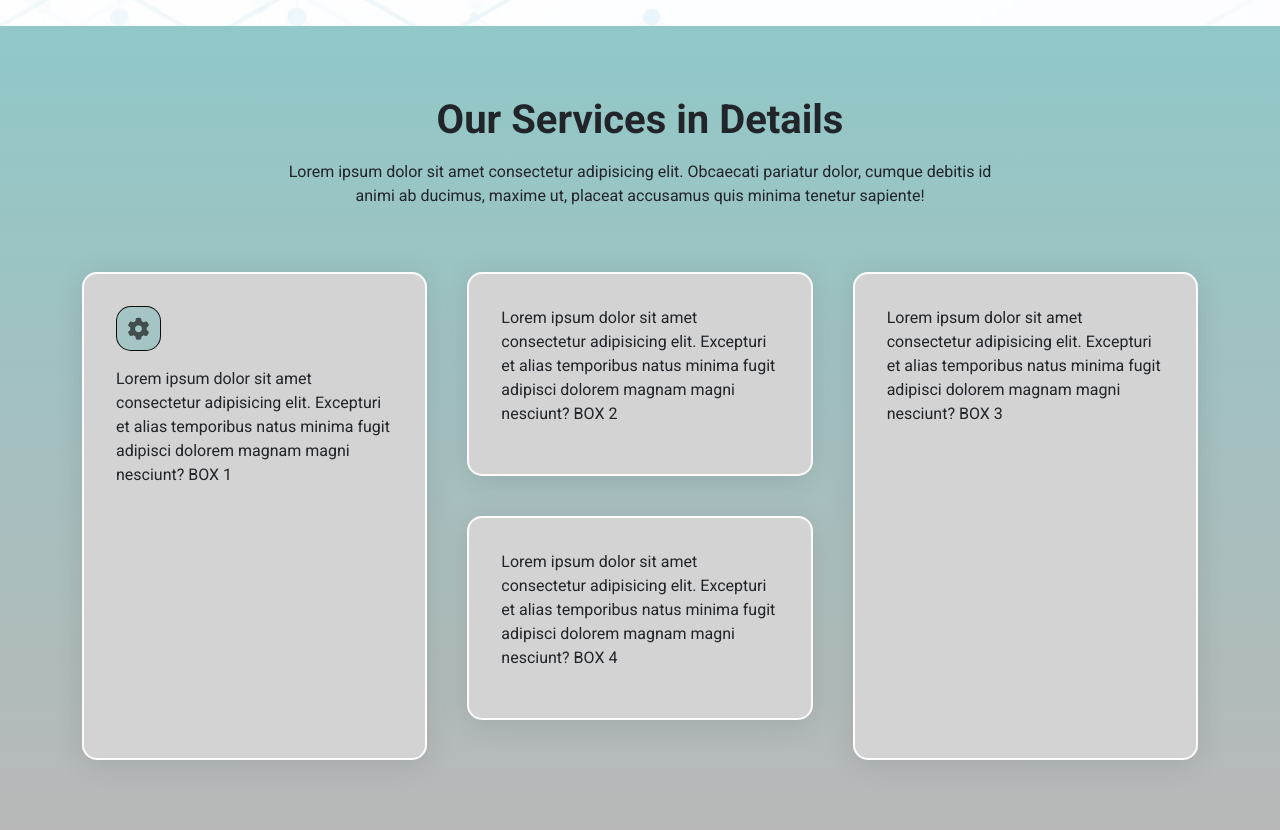
Repository: nazmulalok/landing-page-angelio
Page: index.html
The author's editor kept a copy of each file at every save. The page is drawn from the files as they stood at one save, then again after the next save.
The browser window is 1280 px wide. The pictures show the part of the page from y = 2036 to 2988 px (the page is 2866 px tall before and 2988 px after).
A picture or video elsewhere on the page could not be fetched, so the positions and the page height are approximate.

Above is the page before, as saved 2022-09-18 19:07:02.

### index.html
<!DOCTYPE html>
<html lang="en">

    <head>
        <meta charset="UTF-8">
        <meta http-equiv="X-UA-Compatible" content="IE=edge">
        <meta name="viewport" content="width=device-width, initial-scale=1.0">
        <title>Landing Page</title>
        <link rel="preconnect" href="https://fonts.googleapis.com">
        <link rel="preconnect" href="https://fonts.gstatic.com" crossorigin>
        <link rel="stylesheet" href="https://cdnjs.cloudflare.com/ajax/libs/font-awesome/6.2.0/css/all.min.css"
            integrity="sha512-xh6O/CkQoPOWDdYTDqeRdPCVd1SpvCA9XXcUnZS2FmJNp1coAFzvtCN9BmamE+4aHK8yyUHUSCcJHgXloTyT2A=="
            crossorigin="anonymous" referrerpolicy="no-referrer" />
        <link
            href="https://fonts.googleapis.com/css2?family=Roboto:ital,wght@0,300;0,400;0,500;0,700;0,900;1,300;1,400;1,500;1,700;1,900&display=swap"
            rel="stylesheet">
        <link href="https://cdn.jsdelivr.net/npm/bootstrap@5.2.0/dist/css/bootstrap.min.css" rel="stylesheet"
            integrity="sha384-gH2yIJqKdNHPEq0n4Mqa/HGKIhSkIHeL5AyhkYV8i59U5AR6csBvApHHNl/vI1Bx" crossorigin="anonymous">
        <link rel="stylesheet" href="style.css">
    </head>

    <body>
        <header>
            <nav>
                <div class="container">
                    <div class="row align-items-center">
                        <div class="col-lg-3">
                            <div class="logo">
                                <a href="/"><img src="images/angelio-logo.png" alt="Angelio Logo" width="250"
                                        height="66"></a>
                            </div>
                        </div>
                        <div class="col-lg-9 d-flex justify-content-end">
                            <ul>
                                <li><a href="/">Home</a></li>
                                <li><a href="/services.html">Services</a></li>
                                <li><a href="/about-us.html">About Us</a></li>
                                <li><a href="/contact.html">Contact</a></li>
                                <li class="nav-cta"><a href="tel:000-000-0000">Call Us</a></li>
                            </ul>
                        </div>
                    </div>
                </div>
            </nav>
        </header>
        <section class="sec-padding banner-sec">
            <div class="container">
                <div class="row align-items-center">
                    <div class="col-lg-7 order-lg-last">
                        <img src="images/angelio-digital-marketing.png" alt="">
                    </div>
                    <div class="col-lg-5">
                        <div class="large-heading">We Work in <span class="color-text">Digital</span> Way</div>
                        <p>Lorem, ipsum dolor sit amet consectetur adipisicing elit. Necessitatibus fuga alias deleniti
                            veniam at aspernatur.</p>
                        <div class="d-flex align-items-center mt-5"><a href="/contact-us" class="main-btn me-5">Get
                                Estimate</a>
                            <a href="/contact-us" class="play-btn"><i class="fas fa-play me-3"></i>Request Demo</a>
                        </div>
                    </div>
                </div>
            </div>
        </section>
        <section class="sec-padding">
            <div class="container">
                <div class="row justify-content-center">
                    <div class="col-md-8">
                        <div class="text-center">
                            <h1>
                                Our Best Digital Marketing Service
                            </h1>
                            <p>Lorem ipsum, dolor sit amet consectetur adipisicing elit. Placeat sunt
                                libero
                                tempore? Sed obcaecati a voluptate voluptates nam. Expedita, incidunt?</p>
                        </div>
                    </div>
                </div>
                <div class="row align-items-center mt-5">
                    <div class="col-lg-3">
                        <div class="service-box">
                            <div class="service-icon">
                                <img src="images/content-marketing.png" alt="Content Marketing">
                            </div>
                            <div class="service-content">
                                <a href="#">Content Marketing</a>
                                <p>Lorem ipsum dolor sit amet consectetur adipisicing elit. Fugiat, earum!</p>
                            </div>
                        </div>
                    </div>
                    <div class="col-lg-3">
                        <div class="service-box">
                            <div class="service-icon">
                                <img src="images/social-marketing.png" alt="Social Marketing">
                            </div>
                            <div class="service-content">
                                <a href="#">Social Marketing</a>
                                <p>Lorem ipsum dolor sit amet consectetur adipisicing elit. Fugiat, earum!</p>
                            </div>
                        </div>
                    </div>
                    <div class="col-lg-3">
                        <div class="service-box">
                            <div class="service-icon">
                                <img src="images/email-marketing.png" alt="Email Marketing">
                            </div>
                            <div class="service-content">
                                <a href="#">Email Marketing</a>
                                <p>Lorem ipsum dolor sit amet consectetur adipisicing elit. Fugiat, earum!</p>
                            </div>
                        </div>
                    </div>
                    <div class="col-lg-3">
                        <div class="service-box">
                            <div class="service-icon">
                                <img src="images/web-marketing.png" alt="Web Marketing">
                            </div>
                            <div class="service-content">
                                <a href="#">Web Marketing</a>
                                <p>Lorem ipsum dolor sit amet consectetur adipisicing elit. Fugiat, earum!</p>
                            </div>
                        </div>
                    </div>
                </div>
            </div>
        </section>
        <section class="sec-padding why-choose-sec">
            <div class="container">
                <div class="row align-items-center">
                    <div class="col-lg-6">
                        <div class="image-holder">
                            <img src="images/why-choose.jpg" alt="Why Choose Angelio">
                        </div>
                    </div>
                    <div class="col-lg-6">
                        <span class="arrow-text">Why Choose Us</span>
                        <h2>Why Working With <span class="color-text">ANGELIO</span>?</h2>
                        <p class="grey-color">Lorem ipsum dolor sit amet consectetur adipisicing elit. Quisquam
                            perspiciatis cupiditate atque ad labore laudantium ab hic, quaerat voluptas repellendus
                            aliquam. Maxime et recusandae nostrum cum labore, sint obcaecati doloremque.</p>
                        <div class="content-box d-flex align-items-center p-2 mb-3">
                            <img src="images/quality-lead.png" alt="Quality Lead">
                            <div class="ms-4">
                                <div class="content-heading">Quality Lead Generation</div>
                                <p class="grey-color mb-0">Lorem ipsum dolor sit amet consectetur adipisicing elit. Vel,
                                    distinctio
                                    delectus.
                                    Dicta distinctio obcaecati voluptatum.</p>
                            </div>
                        </div>
                        <div class="content-box d-flex align-items-center p-2 mb-3">
                            <img src="images/custom-web-design.png" alt="Custom Web Design">
                            <div class="ms-4">
                                <div class="content-heading">Custom Web Design</div>
                                <p class="grey-color mb-0">Lorem ipsum dolor sit amet consectetur adipisicing elit. Vel,
                                    distinctio
                                    delectus.
                                    Dicta distinctio obcaecati voluptatum.</p>
                            </div>
                        </div>
                        <div class="content-box d-flex align-items-center p-2 mb-3">
                            <img src="images/affordable-project-price.png" alt="Affordable Project Price">
                            <div class="ms-4">
                                <div class="content-heading">Affordable Project Price</div>
                                <p class="grey-color mb-0">Lorem ipsum dolor sit amet consectetur adipisicing elit. Vel,
                                    distinctio
                                    delectus.
                                    Dicta distinctio obcaecati voluptatum.</p>
                            </div>
                        </div>
                    </div>
                </div>
            </div>
        </section>
        <section class="sec-padding service-details-sec">
            <div class="container">
                <div class="row justify-content-center mb-5">
                    <div class="col-md-8">
                        <div class="text-center">
                            <h2>Our Services in Details</h2>
                            <p>Lorem ipsum dolor sit amet consectetur adipisicing elit. Obcaecati pariatur dolor, cumque
                                debitis id animi ab ducimus, maxime ut, placeat accusamus quis minima tenetur sapiente!
                            </p>
                        </div>
                    </div>
                </div>
                <div class="service-details-grid">
                    <div class="service-details-box main-service-card">
                        <div class="service-details-icon mb-3">
                            <i class="fa fa-cog" aria-hidden="true"></i>
                        </div>
                        <p>Lorem ipsum dolor sit amet consectetur adipisicing elit. Excepturi et alias temporibus natus
                            minima fugit adipisci dolorem magnam magni nesciunt? BOX 1</p>
                    </div>
                    <div class="service-details-box">
                        <p>Lorem ipsum dolor sit amet consectetur adipisicing elit. Excepturi et alias temporibus natus
                            minima fugit adipisci dolorem magnam magni nesciunt? BOX 2</p>
                    </div>
                    <div class="service-details-box main-service-card">
                        <p>Lorem ipsum dolor sit amet consectetur adipisicing elit. Excepturi et alias temporibus natus
                            minima fugit adipisci dolorem magnam magni nesciunt? BOX 3</p>
                    </div>
                    <div class="service-details-box">
                        <p>Lorem ipsum dolor sit amet consectetur adipisicing elit. Excepturi et alias temporibus natus
                            minima fugit adipisci dolorem magnam magni nesciunt? BOX 4</p>
                    </div>
                </div>
            </div>
        </section>


        <script src="https://cdn.jsdelivr.net/npm/bootstrap@5.2.0/dist/js/bootstrap.bundle.min.js"
            integrity="sha384-A3rJD856KowSb7dwlZdYEkO39Gagi7vIsF0jrRAoQmDKKtQBHUuLZ9AsSv4jD4Xa"
            crossorigin="anonymous"></script>
    </body>

</html>

### style.css
:root {
    --primary-color: #52a9a9;
    --secondary-color: #000000;
    --third-color: #575757d6;
    --main-font: 'Roboto', sans-serif;
}

body {
    font-family: var(--main-font);
}

nav {
    padding: 10px 0px;
    box-shadow: 0 1px 1px 1px #14477e2b;
}

nav ul {
    list-style-type: none;
    display: flex;
    justify-content: flex-end;
    margin: 0;
    padding: 0;
    align-items: center;
    gap: 20%;
    white-space: nowrap;
}

nav ul li a {
    color: #080808;
    text-decoration: none;
    display: block;
    position: relative;
    font-weight: 500;
    font-size: 17px;
}

nav ul li a:hover {
    color: #52a9a9;
}

li.nav-cta a {
    background: #008080ad;
    padding: 15px 40px;
    color: #fff;
    border-radius: 20px 5px;
    transition: all 0.3s ease;
}

li.nav-cta a:hover {
    background: #000;
    color: #fff;
    border-radius: 5px 20px;
    transition: all 0.3s ease;
}

li.nav-cta a:before {
    content: "";
    width: 0%;
    height: 0px;
    position: absolute;
    left: 0;
    bottom: 0;
    transition: none;
    transform: none;
    background: none;
    transform-origin: 0%;
}

li.nav-cta a:hover:before {
    transform: none;
    transform-origin: 0%;
}

nav ul li a:before {
    content: "";
    width: 100%;
    height: 2px;
    position: absolute;
    left: 0;
    bottom: 0;
    transition: 0.4s transform ease;
    transform: scale3d(0, 1, 1);
    background: #52a9a9;
    transform-origin: 100% 50%;
}

nav ul li a:hover::before {
    transform: scale3d(1, 1, 1);
    transform-origin: 0 50%;
}

.sec-padding {
    padding: 70px 0px;
}

.banner-sec {
    background-image: linear-gradient(rgb(82 169 169 / 5%), rgb(82 169 169 / 10%));
    background-size: cover;
    background-position: center;
}

.banner-sec img {
    width: 100%;
}

.large-heading {
    font-size: 80px;
    color: #000;
    font-weight: 600;
    letter-spacing: 0.8px;
    line-height: normal;
    margin-bottom: 25px;
}

.banner-sec p {
    font-size: 18px;
}

.color-text {
    color: var(--primary-color);
}

a.main-btn {
    color: #fff;
    background: #52a9a9;
    padding: 15px 40px;
    font-weight: 500;
    font-size: 18px;
    text-decoration: none;
    border-radius: 20px 5px;
    transition: all 0.3s ease;
}

a.main-btn:hover {
    background: #000;
    color: #fff;
    border-radius: 5px 20px;
    transition: all 0.3s ease;
}

a.play-btn {
    display: inline-flex;
    align-items: center;
    justify-content: center;
    color: #000;
    text-decoration: none;
    font-weight: 500;
    font-size: 18px;
}

.play-btn .fa-play {
    width: 40px;
    height: 40px;
    color: #fff;
    font-size: 20px;
    background: #000;
    display: inline-flex;
    align-items: center;
    justify-content: center;
    border-radius: 50%;
    transition: all 0.3s ease;
}

.play-btn:hover i {
    background: var(--primary-color);
}

/* Headings */

h1 {
    font-size: 44px;
}

h2 {
    font-size: 40px;
}

h3 {
    font-size: 36px;
}

h4 {
    font-size: 32px;
}

h5 {
    font-size: 28px;
}

h6 {
    font-size: 24px;
}

h1,
h2,
h3,
h4,
h5,
h6 {
    margin-bottom: 1rem;
    font-weight: 700;
}

/* Service Box */

.service-box {
    position: relative;
    background: rgb(197 214 214 / 20%);
    padding: 40px 30px;
    box-shadow: 0px -6px 10px white, 0px 4px 15px rgb(0 0 0 / 27%);
    border: 1px solid #00000030;
    border-radius: 5px;
}

.service-box:after {
    position: absolute;
    content: "";
    height: 20%;
    width: 20%;
    bottom: 5px;
    right: 5px;
    border-bottom-right-radius: 5px;
    border-bottom: 5px solid var(--primary-color);
    border-right: 5px solid var(--primary-color);
    transition: all 1s ease;
}

.service-box:hover:after {
    height: 30%;
    width: 30%;
    bottom: 5px;
    right: 5px;
    border-bottom-right-radius: 5px;
    border-bottom: 5px solid var(--primary-color);
    border-right: 5px solid var(--primary-color);
    transition: all 1s ease;
}

.service-box .service-icon {
    width: 80px;
    height: 80px;
    margin-bottom: 10px;
}

.service-box .service-icon img {
    width: 65px;
}

.service-box .service-content a {
    display: inline-block;
    color: #000;
    font-size: 20px;
    font-weight: 600;
    text-decoration: none;
    margin-bottom: 8px;
}

.service-box:hover .service-content a {
    color: var(--primary-color);
}

.service-box .service-content p {
    color: var(--third-color);
}

/* Why Choose Section */

.why-choose-sec {
    background-image: linear-gradient(to right, rgb(255 255 255 / 75%), rgb(255 255 255 / 75%)), url(/images/why-choose-bg.jpg);
    background-repeat: no-repeat;
    background-size: cover;
}

span.arrow-text {
    display: inline-block;
    font-size: 25px;
    color: var(--primary-color);
    font-weight: 600;
    margin-bottom: 5px;
    position: relative;
    padding-left: 50px;
}

span.arrow-text:before {
    content: "";
    background: url(images/right-arrow.png);
    width: 35px;
    height: 35px;
    background-size: cover;
    top: 2px;
    left: 0px;
    position: absolute;
}

.grey-color {
    color: var(--third-color);
}

.content-box {
    border: 1px solid var(--primary-color);
    border-radius: 5px;
    box-shadow: 0px -6px 10px white, 0px 4px 15px rgb(0 0 0 / 27%);
    background: #fff;
}

.content-box img {
    width: 80px;
    border: 1px solid var(--primary-color);
    padding: 5px;
    border-radius: 5px;
}

.content-box .content-heading {
    font-size: 22px;
    color: var(--primary-color);
    font-weight: 500;
    margin-bottom: 5px;
}

/* Image Holder */

.image-holder {
    transition: all 0.3s ease;
    text-align: center;
}

.image-holder img {
    border-radius: 5px;
    max-width: 100%;
}

/* Service Details Box */

.service-details-sec {
    background-image: linear-gradient(rgb(82 169 169 / 64%), rgb(1 1 1 / 28%));
}

.service-details-grid {
    display: grid;
    width: 100%;
    grid-auto-columns: 1fr;
    grid-gap: 40px;
    grid-template-columns: 1fr 1fr 1fr;
    grid-template-rows: auto auto;
    /* -webkit-transition: all 0.3s ease-in-out; */
    transition: all 0.3s ease-in-out;
}

.service-details-box {
    padding: 2rem;
    background: lightgray;
    border-radius: 15px;
    box-shadow: 0 4px 30px rgb(0 0 0 / 10%);
    border: 2px solid rgb(255 255 255 / 94%);
}

.main-service-card {
    grid-row-end: span 3;
}

.service-details-icon i {
    width: 45px;
    height: 45px;
    font-size: 22px;
    background: #52a9a959;
    display: flex;
    justify-content: center;
    align-items: center;
    border: 1px solid rgb(0 0 0 / 94%);
    border-radius: 15px;
    color: #0009;
}

After the next save:
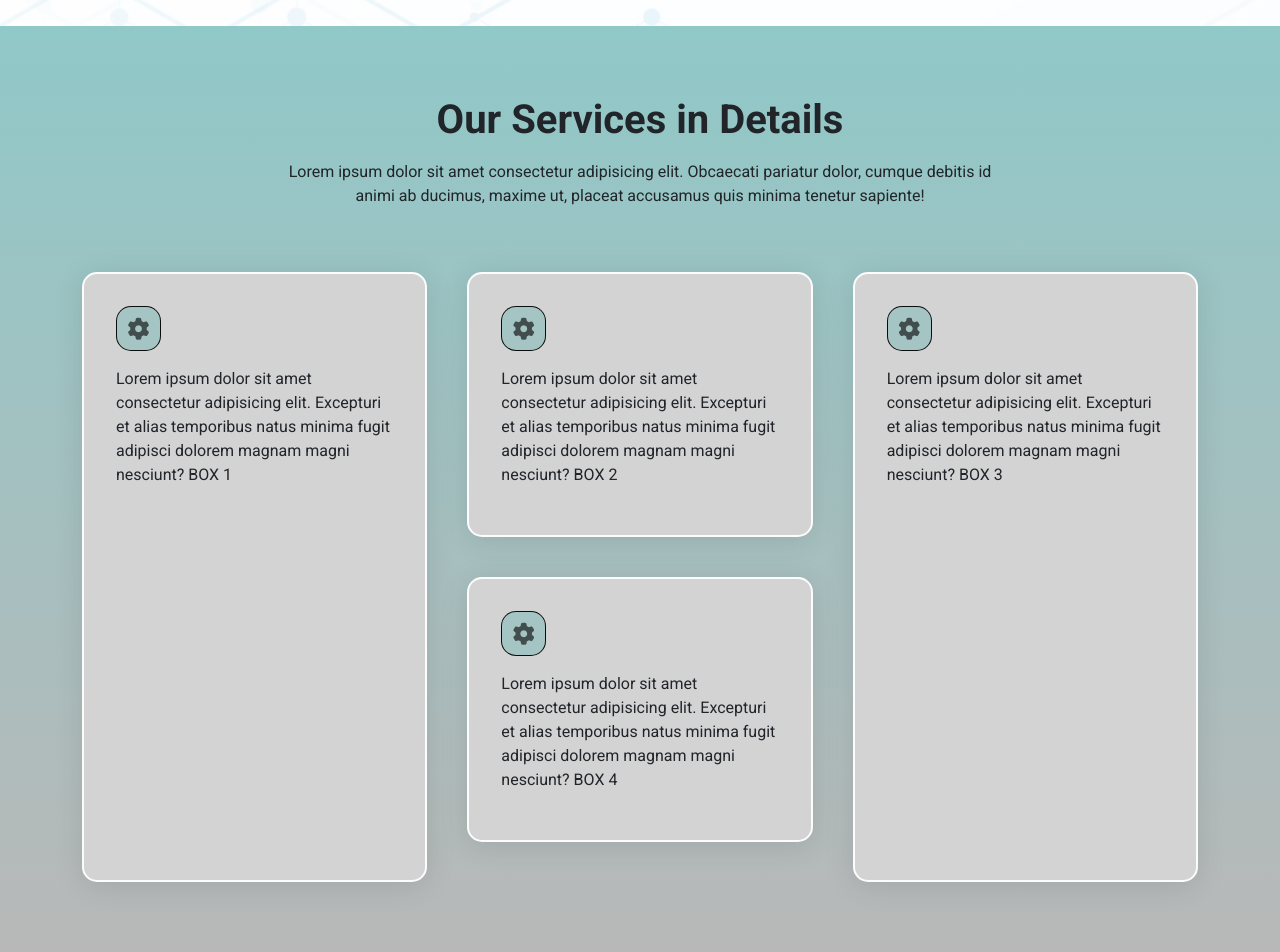
Saved 15 s later.
--- a/index.html
+++ b/index.html
@@ -192,14 +192,23 @@
                             minima fugit adipisci dolorem magnam magni nesciunt? BOX 1</p>
                     </div>
                     <div class="service-details-box">
+                        <div class="service-details-icon mb-3">
+                            <i class="fa fa-cog" aria-hidden="true"></i>
+                        </div>
                         <p>Lorem ipsum dolor sit amet consectetur adipisicing elit. Excepturi et alias temporibus natus
                             minima fugit adipisci dolorem magnam magni nesciunt? BOX 2</p>
                     </div>
                     <div class="service-details-box main-service-card">
+                        <div class="service-details-icon mb-3">
+                            <i class="fa fa-cog" aria-hidden="true"></i>
+                        </div>
                         <p>Lorem ipsum dolor sit amet consectetur adipisicing elit. Excepturi et alias temporibus natus
                             minima fugit adipisci dolorem magnam magni nesciunt? BOX 3</p>
                     </div>
                     <div class="service-details-box">
+                        <div class="service-details-icon mb-3">
+                            <i class="fa fa-cog" aria-hidden="true"></i>
+                        </div>
                         <p>Lorem ipsum dolor sit amet consectetur adipisicing elit. Excepturi et alias temporibus natus
                             minima fugit adipisci dolorem magnam magni nesciunt? BOX 4</p>
                     </div>
